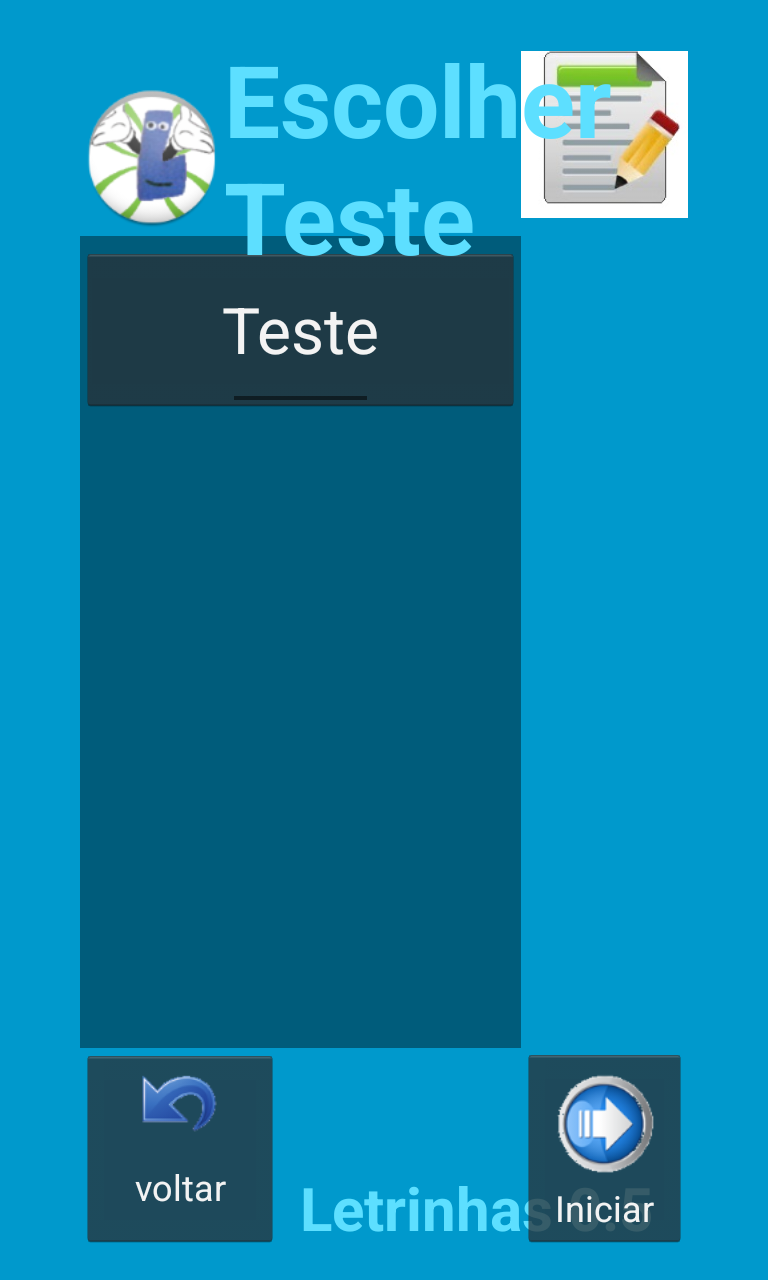
Repository: iptomar/letrinhas_documentacao
Layout: Letrinhas/APP/Prototipos/Letrinhas05/res/layout/escolhe_teste.xml
These files come from the project's save history. The layout is drawn as it stood at one moment and after the next save; the edit follows.
It is drawn on a 768 x 1280 px phone screen (xhdpi) without system bars, with theme FullscreenTheme; the app's code is not run.

Above is the layout before, as saved 2014-05-18 22:41:57.

After the next save:
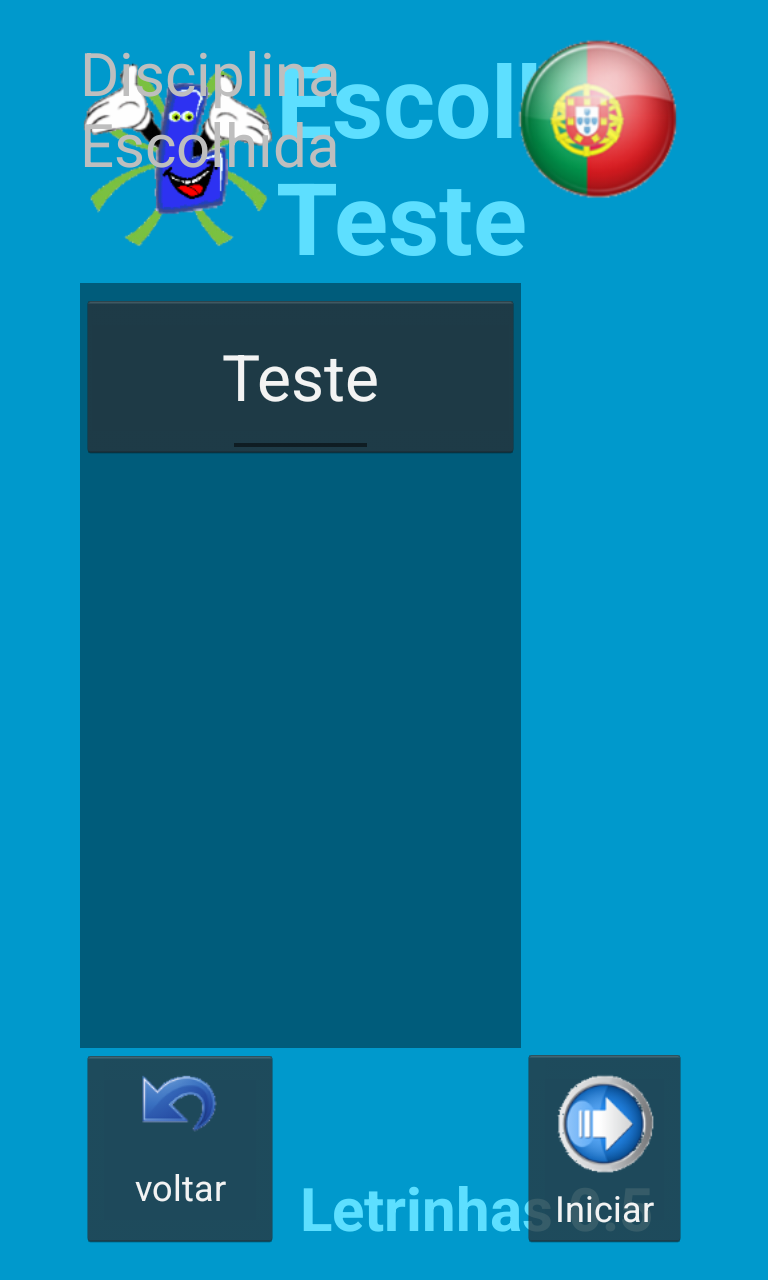
Saved 5 min 33 s later.
--- a/Letrinhas/APP/Prototipos/Letrinhas05/res/layout/escolhe_teste.xml
+++ b/Letrinhas/APP/Prototipos/Letrinhas05/res/layout/escolhe_teste.xml
@@ -31,7 +31,7 @@
         android:layout_height="wrap_content"
         android:layout_above="@+id/escTVoltar"
         android:layout_alignLeft="@+id/escTVoltar"
-        android:layout_below="@+id/esTLogo"
+        android:layout_below="@+id/esTCabecalho"
         android:layout_toLeftOf="@+id/ibComecar"
         android:background="@color/black_overlay" >
 
@@ -55,22 +55,13 @@
         </LinearLayout>
     </ScrollView>
 
-    <ImageView
-        android:id="@+id/esTLogo"
-        android:layout_width="wrap_content"
-        android:layout_height="wrap_content"
-        android:layout_alignTop="@+id/esTCabecalho"
-        android:layout_toRightOf="@+id/svEscolher"
-        android:contentDescription="@string/teste"
-        android:src="@drawable/index" />
-
     <TextView
         android:id="@+id/esTCabecalho"
         android:layout_width="wrap_content"
         android:layout_height="wrap_content"
         android:layout_alignParentLeft="true"
         android:layout_alignParentTop="true"
-        android:drawableLeft="@drawable/logo2"
+        android:drawableLeft="@drawable/letrinhas"
         android:text="@string/title_activity_escolhe_teste"
         android:textColor="#5ddfff"
         android:textSize="50sp"
@@ -99,4 +90,14 @@
         android:onClick="executarTestes"
         android:text="@string/iniciar" />
 
+    <TextView
+        android:id="@+id/textView1"
+        android:layout_width="wrap_content"
+        android:layout_height="wrap_content"
+        android:layout_alignParentRight="true"
+        android:layout_alignParentTop="true"
+        android:drawableRight="@drawable/pt"
+        android:text="Disciplina Escolhida"
+        android:textSize="30" />
+
 </RelativeLayout>
